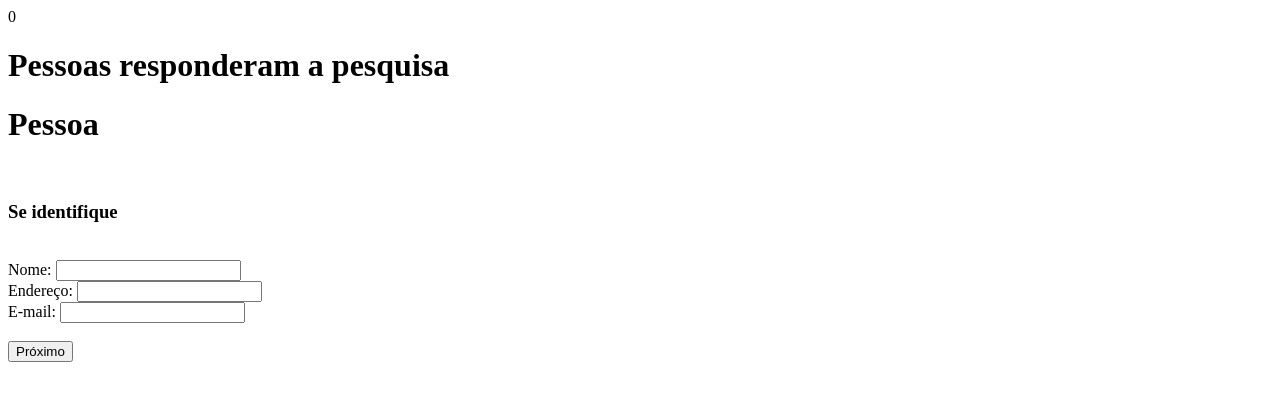
Repository: lucas-zanette/Treinamentos
Page: http://localhost/Censo2018_BD/
These files come from the project's save history. The page is drawn as it stood at one moment and after the next save; the edit follows.
The browser window is 1280 px wide. The pictures show the whole page.
The page is served by Tomcat 9. Queries for data that is not in the repository find no rows.

Above is the page before, as saved 2018-01-22 22:16:42.

After the next save:
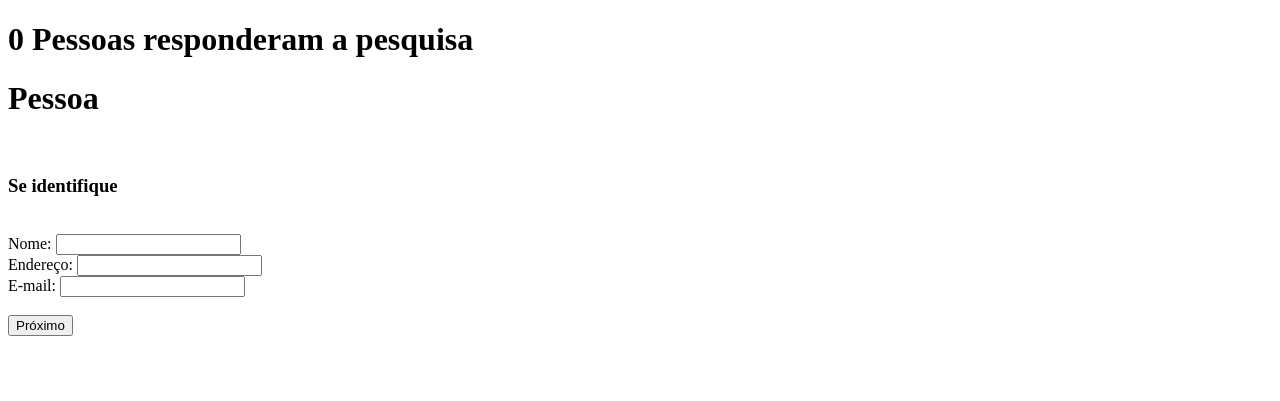
Saved 59 s later.
--- a/JEE-Jan2018/Censo2018_BD/src/taglibs/MinhaTag.java
+++ b/JEE-Jan2018/Censo2018_BD/src/taglibs/MinhaTag.java
@@ -29,7 +29,7 @@
 				count += 1;
 			}
 
-			out.println(count + "<H1>Pessoas responderam a pesquisa</H1>");
+			out.println("<H1>" + count + " Pessoas responderam a pesquisa</H1>");
 
 		} catch (SQLException e1) {
 			// TODO Auto-generated catch block
